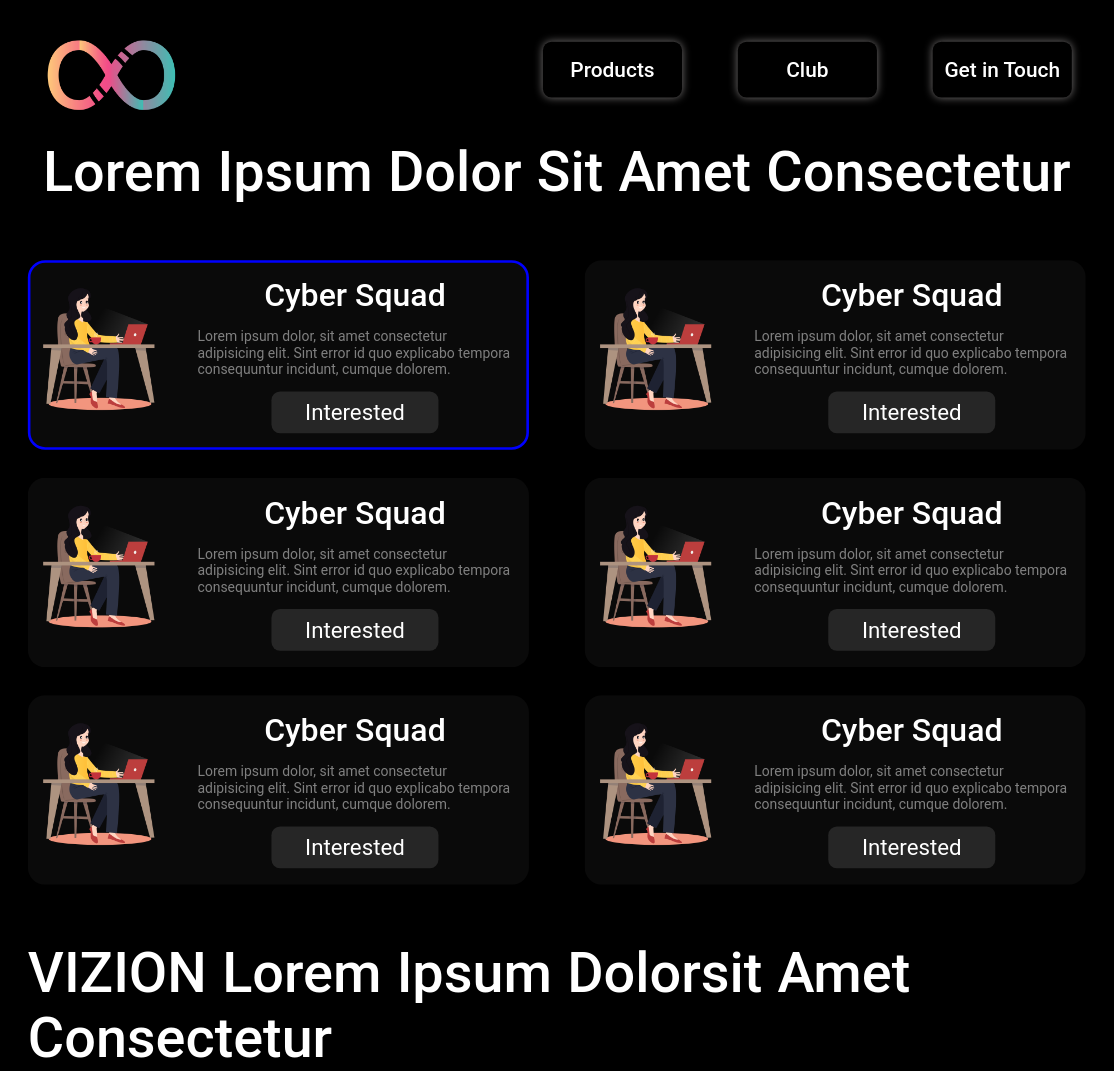
Repository: kapil4457/vizion-internship-project
Page: /
The author's editor kept a copy of each file at every save. The page is drawn from the files as they stood at one save, then again after the next save.
The browser window is 1280 px wide. The pictures show the whole page, at 87% of full size.
The pointer rests on the first visible `.home-card`.
The project was rebuilt for these pictures with package versions that can differ from the ones it lists, and the page was loaded fresh each time. Also part of the build but not shown: src/index.css.

Above is the page before, as saved 2022-10-29 11:12:01.

### public/index.html
<!DOCTYPE html>
<html lang="en">
  <head>
    <meta charset="utf-8" />
    <link rel="icon" href="%PUBLIC_URL%/favicon.ico" />
    <meta name="viewport" content="width=device-width, initial-scale=1" />
    <meta name="theme-color" content="#000000" />
    <meta
      name="description"
      content="Web site created using create-react-app"
    />
    <link rel="preconnect" href="https://fonts.googleapis.com">
    <link rel="apple-touch-icon" href="%PUBLIC_URL%/logo192.png" />
    <!--
      manifest.json provides metadata used when your web app is installed on a
      user's mobile device or desktop. See https://developers.google.com/web/fundamentals/web-app-manifest/
    -->
    <link rel="manifest" href="%PUBLIC_URL%/manifest.json" />
    <!--
      Notice the use of %PUBLIC_URL% in the tags above.
      It will be replaced with the URL of the `public` folder during the build.
      Only files inside the `public` folder can be referenced from the HTML.

      Unlike "/favicon.ico" or "favicon.ico", "%PUBLIC_URL%/favicon.ico" will
      work correctly both with client-side routing and a non-root public URL.
      Learn how to configure a non-root public URL by running `npm run build`.
    -->
    <title>React App</title>
  </head>
  <body>
    <noscript>You need to enable JavaScript to run this app.</noscript>
    <div id="root"></div>
    <!--
      This HTML file is a template.
      If you open it directly in the browser, you will see an empty page.

      You can add webfonts, meta tags, or analytics to this file.
      The build step will place the bundled scripts into the <body> tag.

      To begin the development, run `npm start` or `yarn start`.
      To create a production bundle, use `npm run build` or `yarn build`.
    -->
  </body>
</html>

### src/index.js
import React from 'react';
import ReactDOM from 'react-dom/client';
import './index.css';
import App from './App';
import reportWebVitals from './reportWebVitals';
import { BrowserRouter } from 'react-router-dom';
const root = ReactDOM.createRoot(document.getElementById('root'));
root.render(
  <BrowserRouter >
  <React.StrictMode>
    <App />
  </React.StrictMode>
  </BrowserRouter>
);

// If you want to start measuring performance in your app, pass a function
// to log results (for example: reportWebVitals(console.log))
// or send to an analytics endpoint. Learn more: https://bit.ly/CRA-vitals
reportWebVitals();

### src/App.js
import { Route, Routes } from 'react-router-dom';
import './App.css';
import Header from './components/Header/Header';
import Home from './components/Home/Home';

function App() {
  return (
   <>
<Header />
   <Routes>
<Route exact path='/' element={<Home />} />


   </Routes>



   </>
  );
}

export default App;

### src/App.css
*{
margin:0;
padding:0;
box-sizing: border-box;
font-family: 'Roboto', sans-serif;}

body{
  background-color: black;
  color : white;

}
a{
  text-decoration: none;;
  color:white;
}

.active{
  color:red;
}

body::-webkit-scrollbar {
  display: none;
}

### src/components/Header/Header.jsx
import React from "react";
import { NavLink } from "react-router-dom";
import Logo from "./logo.png";
import MenuIcon from "@mui/icons-material/Menu";
import "./Header.css";
import CloseIcon from "@mui/icons-material/Close";
import { useState } from "react";

const Header = () => {
  const [width, setWidth] = useState(30);
  return (
    <div className="main-header">
      <div
        className="side-header"
        style={{ transform: `translateX(${width}rem)` }}
      >
        <CloseIcon
          onClick={() => {
            setWidth(30);
          }}
        />
        <h2>Menu</h2>

        <NavLink
          to="/products"
          onClick={() => {
            setWidth(30);
          }}
        >
          Products
        </NavLink>
        <NavLink
          to="/club"
          onClick={() => {
            setWidth(30);
          }}
        >
          Club
        </NavLink>
        <NavLink
          to="/contact"
          onClick={() => {
            setWidth(30);
          }}
        >
          Get in Touch
        </NavLink>
      </div>

      <NavLink to="/" className="left-header">
        <img src={Logo} alt="" />
      </NavLink>
      <div className="right-header">
        <NavLink to="/products">Products</NavLink>
        <NavLink to="/club">Club</NavLink>
        <NavLink to="/contact">Get in Touch</NavLink>
      </div>
      <div
        className="right-ham"
        onClick={() => {
          setWidth(0);
        }}
      >
        <MenuIcon />
      </div>
    </div>
  );
};

export default Header;

### src/components/Home/Home.jsx
import React from "react";
import { data } from "../../item";
import "./Home.css";
import HomeCard from "./HomeCard";
const Home = () => {
  return (
    <div className="main-home">
      <h2 className="heading">Lorem ipsum dolor sit amet consectetur</h2>

      <div className="home-card-container">
        {data.map((item, key) => (
          <HomeCard item={item} key={key} />
        ))}
      </div>
      <h2 className="heading">VIZION Lorem Ipsum Dolorsit Amet Consectetur</h2>
    </div>
  );
};

export default Home;

### src/components/Header/Header.css

.main-header{
    height:10rem;
    width:100%;
    display:flex;
    justify-content: space-between;
    align-items: center;
    padding:0rem 3rem
}

.main-header > .left-header >img{
    height:10rem;

}

.main-header > .right-header
{
    display:flex;
    gap:4rem;
    font-size:1.5rem;
    font-weight:550;
}

.main-header > .right-header>a{
    height:4rem;
    width:10rem;
    display:flex;
    justify-content: center;
   align-items: center;
   border-radius:10px;
   box-shadow: 0px 0px 10px rgba(243, 238, 238,0.5);
   transition: all 0.2s;
}
.main-header > .right-header>a:hover{

    box-shadow: 0px 0px 20px rgba(243, 238, 238,0.5);
    transform: scale(1.01);
   }

   .right-ham{
    display: none;
   }
   .right-ham>svg{

    font-size:3rem;

   }


   .side-header{
    position:fixed;
    right:0;
    top:0;
    height:100vh;
    background-color: white;
    z-index: 999;
    width:20rem;
    display:flex;
    align-items: center;
    flex-direction: column;
    padding-top:3rem;
    gap:2rem;
    box-shadow: 0px 0px 20px gainsboro;
    transform:translateX(30rem);
    transition:all 0.7s;
    display: none;
}
.side-header > h2{
    font-size:4rem;
    font-weight:450;
    text-decoration: underline;

}
.side-header > svg{
    position:absolute;
    top:2rem;
    left:-4rem;
    cursor:pointer;
    font-size: 3rem;
    color:white;
}
.side-header>a , .side-header>h2 {
    color:black;
}
.side-header > a{
    font-size:1.4rem;
    color:gray;
}
   @media (max-width:900px ){
       .main-header{
           padding:0 2rem;
        }
        .main-header > .right-header{
        display:none;
    }
    .right-ham{
        display:flex;
    }
    .side-header{
        display: flex;
    }
}

@media (max-width: 400px){
    .main-header{
        padding:0 1rem;
     }
}

### src/item.js
export const data = [
    {
        title : "Cyber Squad",
        description : "Lorem ipsum dolor, sit amet consectetur adipisicing elit. Sint error id quo explicabo tempora consequuntur incidunt, cumque dolorem.        "
    },
    {
        title : "Cyber Squad",
        description : "Lorem ipsum dolor, sit amet consectetur adipisicing elit. Sint error id quo explicabo tempora consequuntur incidunt, cumque dolorem.        "
    },
    {
        title : "Cyber Squad",
        description : "Lorem ipsum dolor, sit amet consectetur adipisicing elit. Sint error id quo explicabo tempora consequuntur incidunt, cumque dolorem.        "
    },
    {
        title : "Cyber Squad",
        description : "Lorem ipsum dolor, sit amet consectetur adipisicing elit. Sint error id quo explicabo tempora consequuntur incidunt, cumque dolorem.        "
    },
    {
        title : "Cyber Squad",
        description : "Lorem ipsum dolor, sit amet consectetur adipisicing elit. Sint error id quo explicabo tempora consequuntur incidunt, cumque dolorem.        "
    },
    {
        title : "Cyber Squad",
        description : "Lorem ipsum dolor, sit amet consectetur adipisicing elit. Sint error id quo explicabo tempora consequuntur incidunt, cumque dolorem.        "
    }
]

### src/components/Home/Home.css
.main-home{
    color:white;
    width:100%;
    display: flex;
    flex-direction: column;
    gap:4rem;
}

.main-home > h2{
    width:100%;
    display: flex;
    justify-content: center;
    align-items:center;
    font-size:4rem;
    word-spacing: 0.1rem;
    font-weight:450;
    text-transform: capitalize;
    padding:0 2rem;

}


.main-home > .home-card-container{
    display:grid;
    grid-template-columns: 1fr 1fr 1fr;
    row-gap: 2rem;
    place-items: center;
}


@media (max-width: 1300px){

    .main-home > .home-card-container{
        grid-template-columns: 1fr 1fr;

    }
}
@media (max-width: 900px){

    .main-home > .home-card-container{
        grid-template-columns: 1fr;

    }

    .main-home > h2{
        font-size:3rem;

    }
}

### src/components/Home/HomeCard.jsx
import React from "react";
import "./HomeCard.css";
import Image from "./cardImage.png";
const HomeCard = ({ item }) => {
  return (
    <div className="home-card">
      <img src={Image} alt="" />
      <div className="card-info">
        <h2>{item.title}</h2>
        <p>{item.description}</p>
        <button>Interested</button>
      </div>
    </div>
  );
};

export default HomeCard;

### src/components/Home/HomeCard.css
.home-card{
    width:90%;
    display:flex;
    padding:1rem 0;
    gap:1rem;
    padding-top:1rem;
    background-color: rgba(51, 50, 50, 0.2);
    border-radius: 20px;
    border:3px solid rgba(51, 50, 50, 0.0);
    transition: all 0.4s;

}
.home-card:hover{
    border:3px solid blue;
}
.home-card>img{
    height:10rem;

}
.home-card > .card-info{
    display:flex;
    flex-direction: column;
    gap:1rem;
    padding:0 1rem;
    align-items: center;

}
.home-card > .card-info > h2{
    font-size: 2.3rem;
    font-weight: 450;
}
.home-card > .card-info > p{
    color:gray
}
.home-card > .card-info > button{
    background-color: rgba(51, 50, 50, 0.7);
    border:none;
    outline:none;
    width:12rem;
    border-radius: 10px;
    font-size:1.6rem;
    color:white;
    height:3rem;
    transition: all 0.4s;
    cursor:pointer;
}
.home-card > .card-info > button:hover{

    background-color: rgba(51, 50, 50, 0.9);
}


@media(max-width:768px){
    .home-card{
        flex-direction: column;
    }
.home-card>img{
    height:15rem;
    width:auto;
}
}

Loaded but not shown: src/reportWebVitals.js (common file); public/manifest.json (common file)

After the next save:
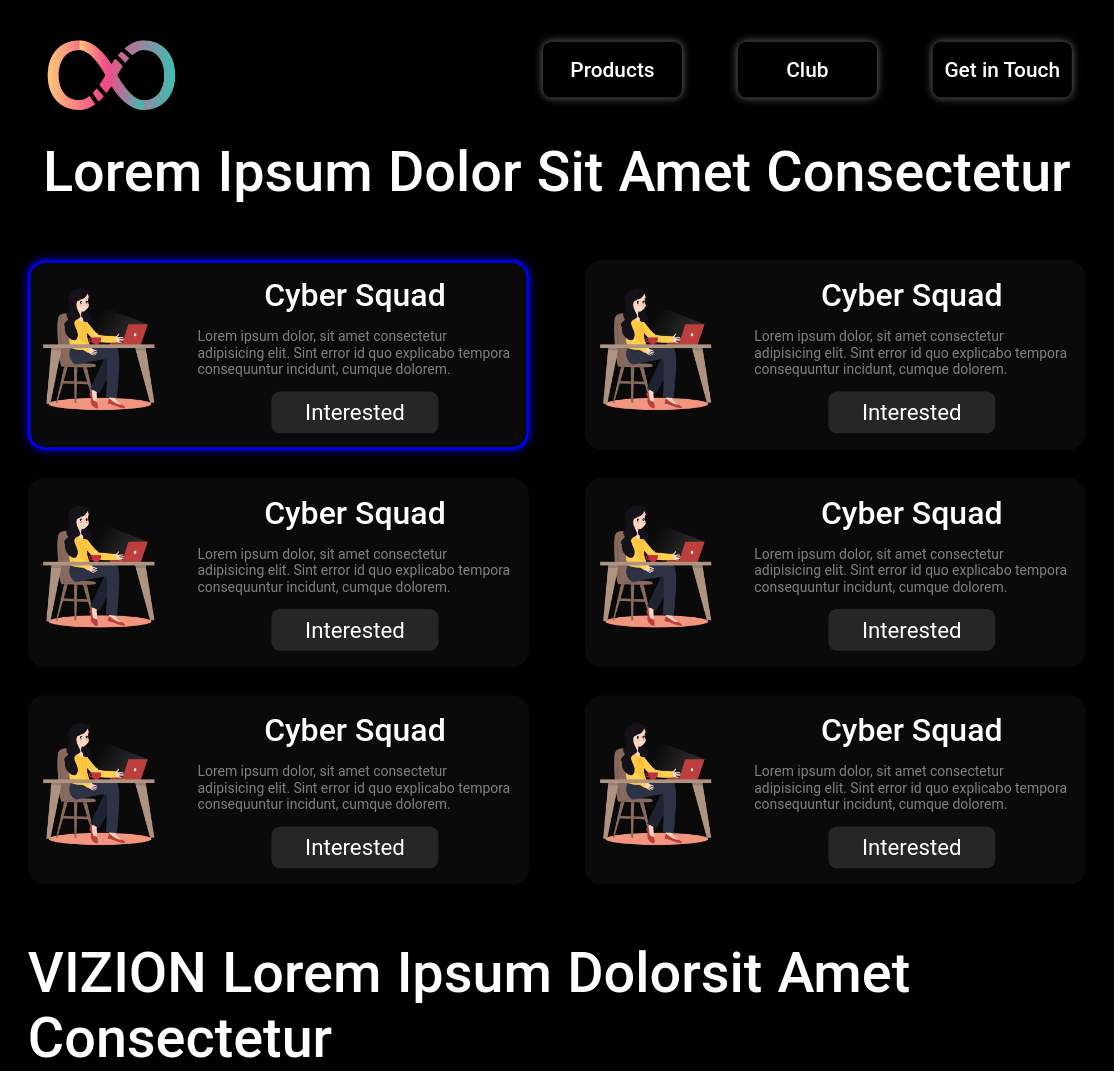
Saved 68 s later.
--- a/src/components/Home/HomeCard.css
+++ b/src/components/Home/HomeCard.css
@@ -12,6 +12,7 @@
 }
 .home-card:hover{
     border:3px solid blue;
+    box-shadow: 0px 0px 10px blue;
 }
 .home-card>img{
     height:10rem;
